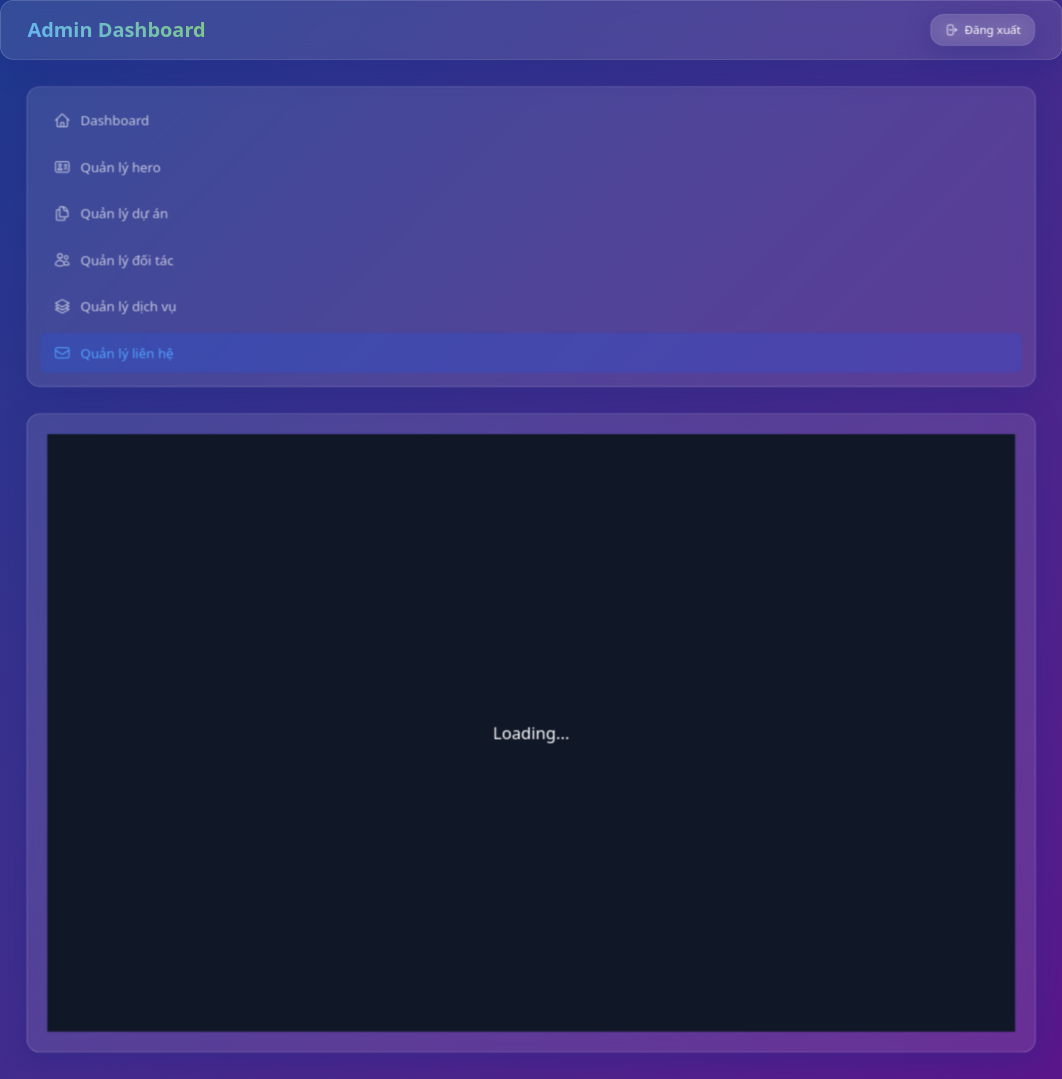
Repository: nguyenkhuyen158/voice-talent2
Page: /admin/contact
The author's editor kept a copy of each file at every save. The page is drawn from the files as they stood at one save, then again after the next save.
The browser window is 1280 px wide. The pictures show the whole page, at 83% of full size.
The page's requests for data from a server got no answer. The project was rebuilt for these pictures with package versions that can differ from the ones it lists, and the page was loaded fresh each time. The framework's server and built-in components were replaced by stand-ins that run in the browser. No one was signed in, and anything a server would have sent is missing. Also part of the build but not shown: next.config.ts.

Above is the page before, as saved 2025-06-19 10:20:27.

### app/admin/layout.tsx
'use client';
import { useState } from 'react';
import Link from 'next/link';
import { useRouter, usePathname } from 'next/navigation';
import {
  DocumentDuplicateIcon,
  UsersIcon,
  ArrowRightOnRectangleIcon,
  HomeIcon,
  EnvelopeIcon,
  Square3Stack3DIcon,
  IdentificationIcon
} from '@heroicons/react/24/outline';
import { toast } from 'react-hot-toast';

const menuItems = [
  {
    name: 'Dashboard',
    href: '/admin/dashboard',
    icon: HomeIcon
  },
  {
    name: 'Quản lý hero',
    href: '/admin/hero',
    icon: IdentificationIcon
  },  {
    name: 'Quản lý dự án',
    href: '/admin/projects',
    icon: DocumentDuplicateIcon
  },
  {
    name: 'Quản lý đối tác',
    href: '/admin/partners',
    icon: UsersIcon
  },
  {
    name: 'Quản lý dịch vụ',
    href: '/admin/services',
    icon: Square3Stack3DIcon
  },
  {
    name: 'Quản lý liên hệ',
    href: '/admin/contact',
    icon: EnvelopeIcon
  }
];

export default function AdminLayout({ children }: { children: React.ReactNode }) {
  const router = useRouter();
  const pathname = usePathname();
  const [isLoading, setIsLoading] = useState(false);

  const isLoginPage = pathname === '/admin/login';

  const handleLogout = async () => {
    setIsLoading(true);
    try {
      const response = await fetch('/api/auth/login', {
        method: 'DELETE',
      });

      if (response.ok) {
        toast.success('Đăng xuất thành công');
        router.push('/admin/login');
        router.refresh();
      }
    } catch (error) {
      toast.error('Lỗi khi đăng xuất');
    } finally {
      setIsLoading(false);
    }
  };
  if (isLoginPage) {
    return (
      <div className="min-h-screen bg-gradient-to-br from-blue-900 to-purple-900">
        {children}
      </div>
    );
  }

  return (
    <div className="min-h-screen bg-gradient-to-br from-blue-900 to-purple-900">
      {/* Header */}
      <header className="glass-card backdrop-blur-md border-b border-white/10 sticky top-0 z-50">
        <div className="max-w-7xl mx-auto px-4 sm:px-6 lg:px-8 py-4">
          <div className="flex items-center justify-between">
            <h1 className="text-2xl font-bold gradient-text">Admin Dashboard</h1>
            <button
              onClick={handleLogout}
              disabled={isLoading}
              className="px-4 py-2 text-sm flex items-center gap-2 glass-card hover:bg-white/5 transition-colors rounded-lg"
            >
              <ArrowRightOnRectangleIcon className="w-4 h-4" />
              {isLoading ? 'Đang xử lý...' : 'Đăng xuất'}
            </button>
          </div>
        </div>
      </header>

      {/* Side Navigation */}
      <div className="max-w-7xl mx-auto px-4 sm:px-6 lg:px-8 py-8">
        <div className="grid lg:grid-cols-[240px,1fr] gap-8">
          <nav className="glass-card p-4 h-fit">
            <ul className="space-y-2">
              {menuItems.map((item) => {
                const isActive = pathname === item.href;
                return (
                  <li key={item.href}>
                    <Link
                      href={item.href}
                      className={`flex items-center gap-3 px-4 py-3 rounded-lg transition-all ${
                        isActive
                          ? 'bg-blue-600/20 text-blue-400'
                          : 'hover:bg-white/5 text-white/70 hover:text-white'
                      }`}
                    >
                      <item.icon className="w-5 h-5" />
                      <span>{item.name}</span>
                    </Link>
                  </li>
                );
              })}
            </ul>
          </nav>

          {/* Main Content */}
          <main className="glass-card p-6">
            {children}
          </main>
        </div>
      </div>
    </div>
  );
}

### app/admin/contact/page.tsx
'use client';
import { useState, useEffect } from 'react';
import { Contact, ContactData, SocialLink, OfficeInfo } from '@/data/contact';
import { PencilIcon, CheckIcon, XMarkIcon } from '@heroicons/react/24/outline';
import Image from 'next/image';
import { toast } from 'react-hot-toast';

export default function ContactManagement() {
  const [contactData, setContactData] = useState<ContactData | null>(null);
  const [isEditing, setIsEditing] = useState(false);
  const [editedData, setEditedData] = useState<ContactData | null>(null);

  useEffect(() => {
    fetchContactData();
  }, []);

  const fetchContactData = async () => {
    try {
      const response = await fetch('/api/contact');
      const data: Contact = await response.json();
      setContactData(data.contact);
      setEditedData(data.contact);
    } catch (error) {
      toast.error('Lỗi khi tải dữ liệu liên hệ');
    }
  };

  const handleSave = async () => {
    if (!editedData) return;

    try {
      const response = await fetch('/api/contact', {
        method: 'PUT',
        headers: {
          'Content-Type': 'application/json',
        },
        body: JSON.stringify({ contact: editedData }),
      });

      if (response.ok) {
        setContactData(editedData);
        setIsEditing(false);
      } else {
        console.error('Failed to save contact data');
      }
    } catch (error) {
      console.error('Error saving contact data:', error);
    }
  };
  const handleSocialChange = (key: keyof ContactData['social'], field: keyof SocialLink, value: string) => {
    if (!editedData) return;

    setEditedData({
      ...editedData,
      social: {
        ...editedData.social,
        [key]: {
          ...editedData.social[key],
          [field]: value
        }
      }
    });
  };

  const handleOfficeChange = (key: keyof ContactData['office'], field: keyof OfficeInfo, value: string) => {
    if (!editedData) return;

    setEditedData({
      ...editedData,
      office: {
        ...editedData.office,
        [key]: {
          ...editedData.office[key],
          [field]: value
        }
      }
    });
  };

  if (!contactData || !editedData) {
    return (
      <div className="min-h-screen bg-gray-900 text-white p-8 flex items-center justify-center">
        <div className="text-xl">Loading...</div>
      </div>
    );
  }

  return (
    <div>
      <div className="flex items-center justify-between mb-6">
        <h2 className="text-2xl font-semibold text-white">Quản lý thông tin liên hệ</h2>
        <div className="flex items-center gap-2">
          {!isEditing ? (
            <button
              onClick={() => setIsEditing(true)}
              className="px-4 py-2 flex items-center gap-2 bg-blue-600 hover:bg-blue-700 rounded-lg text-white text-sm"
            >
              <PencilIcon className="w-4 h-4" />
              Chỉnh sửa
            </button>
          ) : (
            <>
              <button
                onClick={handleSave}
                className="px-4 py-2 flex items-center gap-2 bg-green-600 hover:bg-green-700 rounded-lg text-white text-sm"
              >
                <CheckIcon className="w-4 h-4" />
                Lưu
              </button>
              <button
                onClick={() => {
                  setIsEditing(false);
                  setEditedData(contactData);
                }}
                className="px-4 py-2 flex items-center gap-2 bg-gray-600 hover:bg-gray-700 rounded-lg text-white text-sm"
              >
                <XMarkIcon className="w-4 h-4" />
                Hủy
              </button>
            </>
          )}
        </div>
      </div>

      {contactData && (
        <div className="space-y-8">
          {/* Social Links Section */}
          <section>
            <h3 className="text-xl font-semibold mb-4 text-white/90">Mạng xã hội</h3>
            <div className="grid gap-4">              {Object.entries(contactData.social).map(([platform, data]) => {
                const socialKey = platform as keyof ContactData['social'];
                return (
                  <div key={platform} className="glass-card p-4 space-y-4">
                    <div className="flex items-center gap-3">
                      <div className="w-10 h-10 rounded-full bg-white/10 flex items-center justify-center">
                        <Image src={data.icon} alt={platform} width={24} height={24} className="opacity-70" />
                      </div>
                      <h4 className="text-lg font-medium capitalize text-white">{platform}</h4>
                    </div>

                    <div className="grid md:grid-cols-2 gap-4">
                      <div>
                        <label className="block text-sm font-medium text-white/70 mb-1">Tên hiển thị</label>
                        <input
                          type="text"
                          value={editedData?.social[socialKey].name || ''}
                          onChange={(e) => handleSocialChange(socialKey, 'name', e.target.value)}
                          disabled={!isEditing}
                          className="w-full px-3 py-2 bg-white/5 border border-white/10 rounded-lg text-white disabled:opacity-50"
                        />
                      </div>
                      <div>
                        <label className="block text-sm font-medium text-white/70 mb-1">Đường dẫn</label>
                        <input
                          type="text"
                          value={editedData?.social[socialKey].url || ''}
                          onChange={(e) => handleSocialChange(socialKey, 'url', e.target.value)}
                          disabled={!isEditing}
                          className="w-full px-3 py-2 bg-white/5 border border-white/10 rounded-lg text-white disabled:opacity-50"
                        />
                      </div>
                    </div>
                  </div>
                );
              })}
            </div>
          </section>

          {/* Office Info Section */}
          <section>
            <h3 className="text-xl font-semibold mb-4 text-white/90">Thông tin văn phòng</h3>
            <div className="grid gap-4">              {Object.entries(contactData.office).map(([type, data]) => {
                const officeKey = type as keyof ContactData['office'];
                return (
                  <div key={type} className="glass-card p-4 space-y-4">
                    <div className="flex items-center gap-3">
                      <div className="w-10 h-10 rounded-full bg-white/10 flex items-center justify-center">
                        <Image src={data.icon} alt={type} width={24} height={24} className="opacity-70" />
                      </div>
                      <h4 className="text-lg font-medium capitalize text-white">
                        {type === 'address' ? 'Địa chỉ' : 'Giờ làm việc'}
                      </h4>
                    </div>

                    <div className="grid gap-4">
                      <div>
                        <label className="block text-sm font-medium text-white/70 mb-1">Tiêu đề</label>
                        <input
                          type="text"
                          value={editedData?.office[officeKey].title || ''}
                          onChange={(e) => handleOfficeChange(officeKey, 'title', e.target.value)}
                          disabled={!isEditing}
                          className="w-full px-3 py-2 bg-white/5 border border-white/10 rounded-lg text-white disabled:opacity-50"
                        />
                      </div>
                      <div>
                        <label className="block text-sm font-medium text-white/70 mb-1">Nội dung</label>
                        <textarea
                          value={editedData?.office[officeKey].content || ''}
                          onChange={(e) => handleOfficeChange(officeKey, 'content', e.target.value)}
                          disabled={!isEditing}
                          rows={3}
                          className="w-full px-3 py-2 bg-white/5 border border-white/10 rounded-lg text-white disabled:opacity-50"
                        />
                      </div>
                    </div>
                  </div>
                );
              })}
            </div>
          </section>
        </div>
      )}
    </div>
  );
}

### app/globals.css
@import "tailwindcss";

@tailwind base;
@tailwind components;
@tailwind utilities;

:root {
  --foreground-rgb: 0, 0, 0;
  --background-start-rgb: 214, 219, 220;
  --background-end-rgb: 255, 255, 255;
  --glass-bg: rgba(255, 255, 255, 0.1);
  --glass-border: rgba(255, 255, 255, 0.2);
  --glass-shadow: 0 8px 32px 0 rgba(31, 38, 135, 0.37);
}

html {
  scroll-behavior: smooth;
}

body {
  color: rgb(var(--foreground-rgb));
  background: linear-gradient(135deg, #1a1f38 0%, #2d3a6d 100%);
  color: #ffffff;
  overflow-x: hidden;
}

/* Glassmorphism card */
.glass-card {
  background: var(--glass-bg);
  backdrop-filter: blur(10px);
  -webkit-backdrop-filter: blur(10px);
  border: 1px solid var(--glass-border);
  box-shadow: var(--glass-shadow);
  border-radius: 1rem;
  transition: all 0.3s ease;
}

.glass-card:hover {
  transform: translateY(-5px);
  box-shadow: var(--glass-shadow), 0 10px 40px rgba(0, 0, 0, 0.2);
}

/* Navigation glass effect */
.nav-glass {
  background: rgba(255, 255, 255, 0.05);
  backdrop-filter: blur(10px);
  -webkit-backdrop-filter: blur(10px);
  border-bottom: 1px solid rgba(255, 255, 255, 0.1);
}

/* Gradient text */
.gradient-text {
  background: linear-gradient(45deg, #64b5f6, #81c784);
  -webkit-background-clip: text;
  background-clip: text;
  color: transparent;
}

/* Scroll section */
.scroll-section {
  min-height: 100vh;
  display: flex;
  align-items: center;
  justify-content: center;
  position: relative;
}

/* Parallax background */
.parallax-bg {
  position: absolute;
  top: 0;
  left: 0;
  width: 100%;
  height: 100%;
  object-fit: cover;
  z-index: -1;
}

/* Animate on scroll */
.fade-up {
  opacity: 0;
  transform: translateY(30px);
  transition: all 0.6s ease;
}

.fade-up.visible {
  opacity: 1;
  transform: translateY(0);
}

/* Custom animations */
@keyframes float {
  0% {
    transform: translateY(0px);
  }
  50% {
    transform: translateY(-10px);
  }
  100% {
    transform: translateY(0px);
  }
}

.animate-float {
  animation: float 3s ease-in-out infinite;
}

/* Sound wave animation */
@keyframes soundWave {
  0% {
    transform: scaleY(1);
  }
  50% {
    transform: scaleY(2);
  }
  100% {
    transform: scaleY(1);
  }
}

.sound-wave {
  display: flex;
  align-items: center;
  gap: 2px;
}

.sound-wave span {
  width: 2px;
  height: 20px;
  background: #64b5f6;
  animation: soundWave 1s ease-in-out infinite;
}

.sound-wave span:nth-child(2n) {
  animation-delay: 0.2s;
}

.sound-wave span:nth-child(3n) {
  animation-delay: 0.4s;
}

/* Partner logos */
.partner-grid {
  display: grid;
  grid-template-columns: repeat(3, 1fr);
  gap: 2.5rem;
  align-items: center;
}

@media (min-width: 768px) {
  .partner-grid {
    grid-template-columns: repeat(4, 1fr);
  }
}

@media (min-width: 1024px) {
  .partner-grid {
    grid-template-columns: repeat(5, 1fr);
  }
}

.partner-logo {
  filter: grayscale(100%) brightness(1.5);
  transition: all 0.3s ease;
  opacity: 0.6;
}

.partner-logo:hover {
  filter: grayscale(0%) brightness(1);
  opacity: 1;
}

Loaded but not shown: app/layout.tsx (common file)

After the next save:
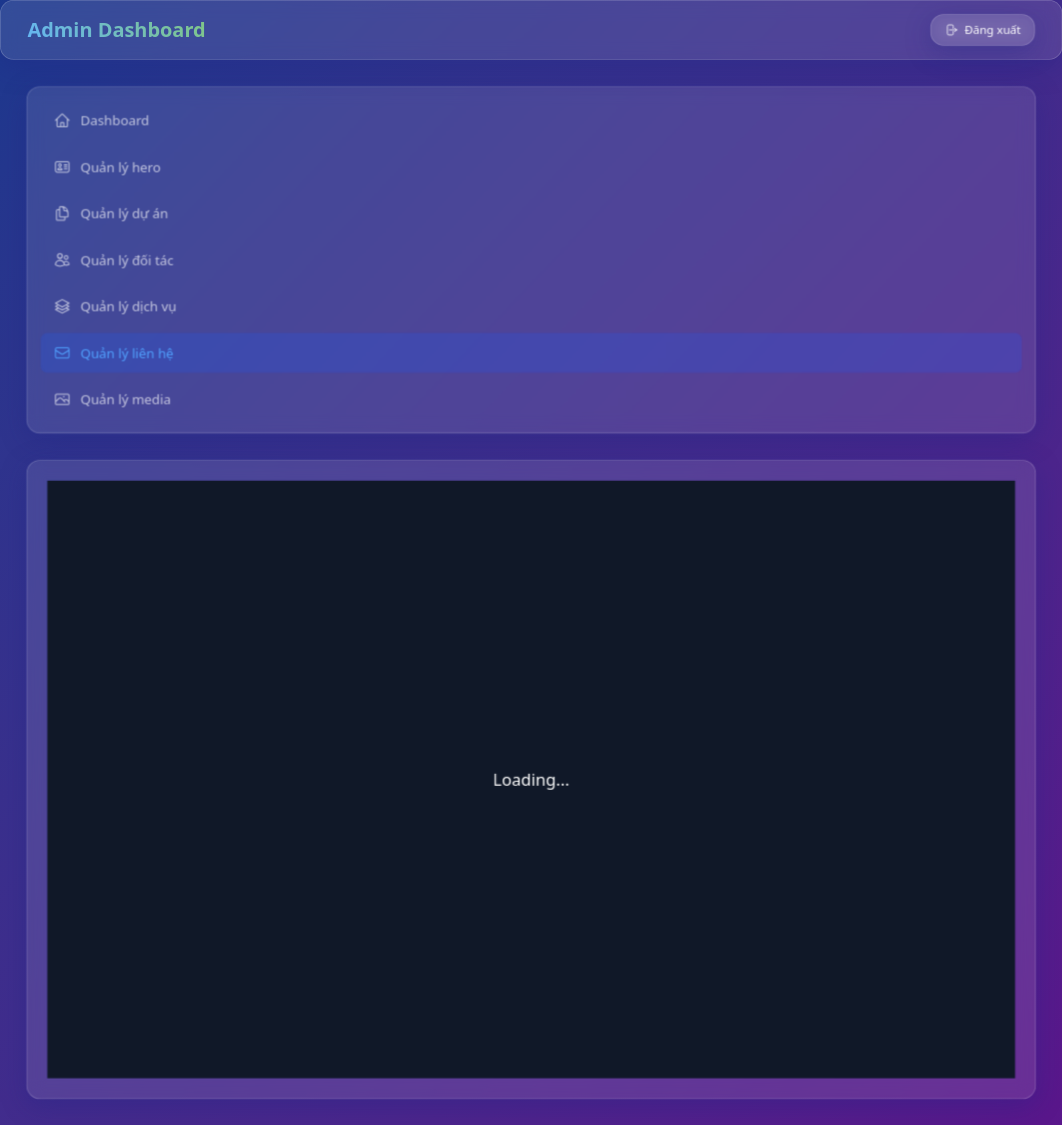
Saved 2 min 15 s later.
--- a/app/admin/layout.tsx
+++ b/app/admin/layout.tsx
@@ -9,7 +9,8 @@ import {
   HomeIcon,
   EnvelopeIcon,
   Square3Stack3DIcon,
-  IdentificationIcon
+  IdentificationIcon,
+  PhotoIcon
 } from '@heroicons/react/24/outline';
 import { toast } from 'react-hot-toast';
 
@@ -23,7 +24,8 @@ const menuItems = [
     name: 'Quản lý hero',
     href: '/admin/hero',
     icon: IdentificationIcon
-  },  {
+  },
+  {
     name: 'Quản lý dự án',
     href: '/admin/projects',
     icon: DocumentDuplicateIcon
@@ -42,6 +44,11 @@ const menuItems = [
     name: 'Quản lý liên hệ',
     href: '/admin/contact',
     icon: EnvelopeIcon
+  },
+  {
+    name: 'Quản lý media',
+    href: '/admin/media',
+    icon: PhotoIcon
   }
 ];
 
